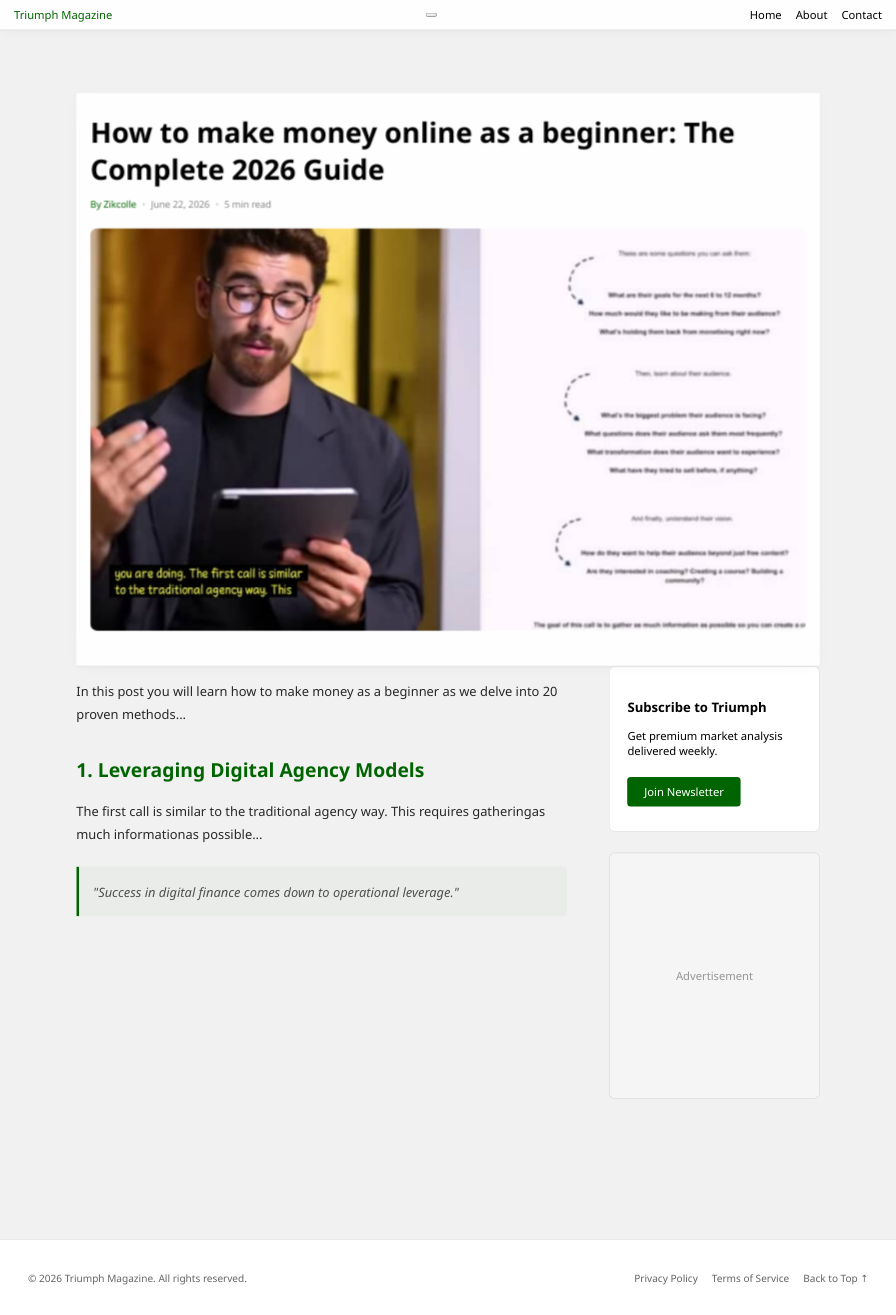
Repository: zikcolle/Triumph-Blog
Page: post.html
These files come from the project's save history. The page is drawn as it stood at one moment and after the next save; the edit follows.
The browser window is 1280 px wide. The pictures show the whole page, at 70% of full size.

Above is the page before, as saved 2026-06-23 12:13:05.

After the next save:
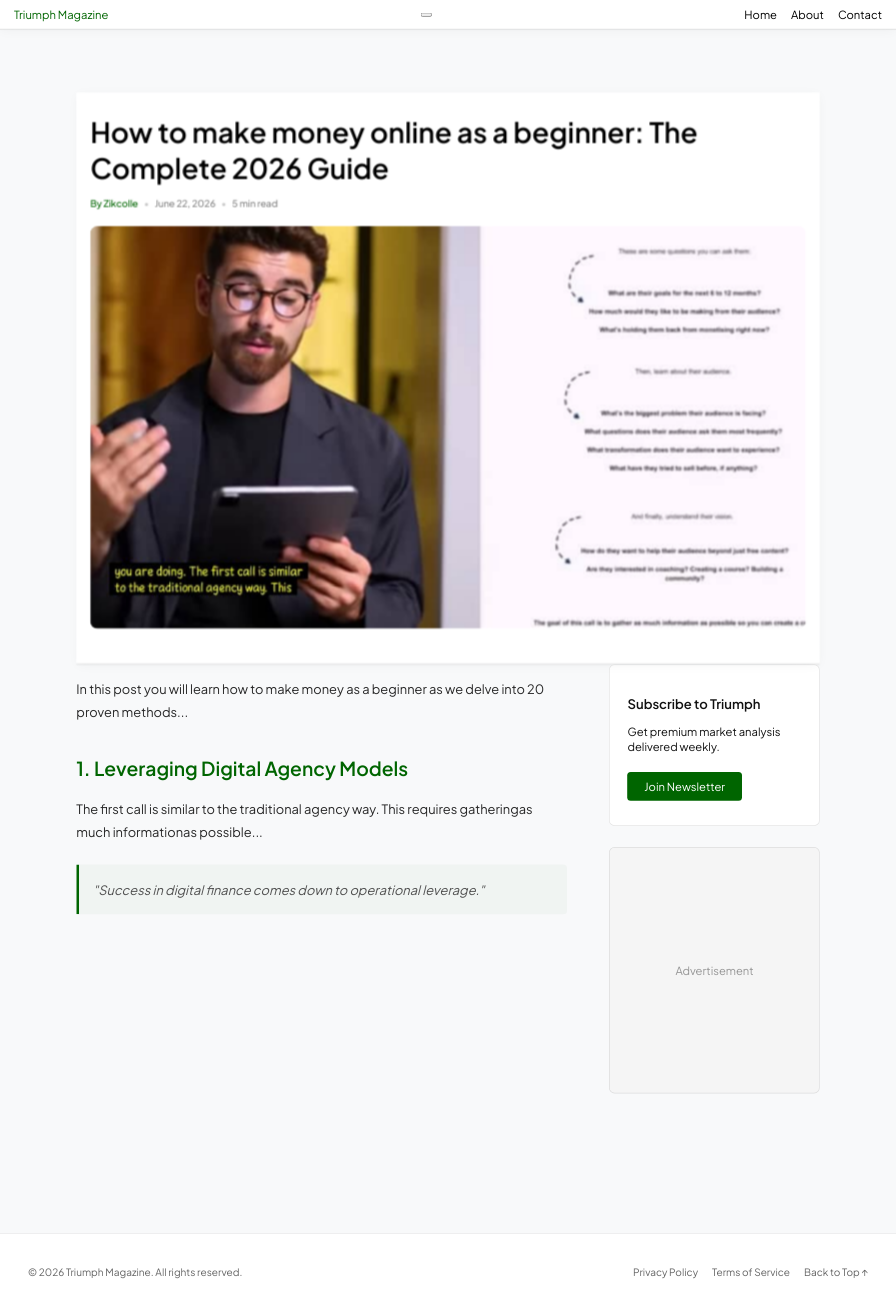
Saved 102 s later.
--- a/styles.css
+++ b/styles.css
@@ -1,9 +1,9 @@
 body {
-    background-color: rgb(241, 241, 241);
-    color: rgb(0, 0, 0);
-    font-family: 'Segoe UI', Tahoma, Geneva, Verdana, sans-serif;
+    background-color: #f8f9fa;
+    color: #111111;
+    font-family: 'Plus Jakarta Sans', sans-serif;
+    margin: 0;
     padding: 0;
-    margin: 0;
 
 }
 
